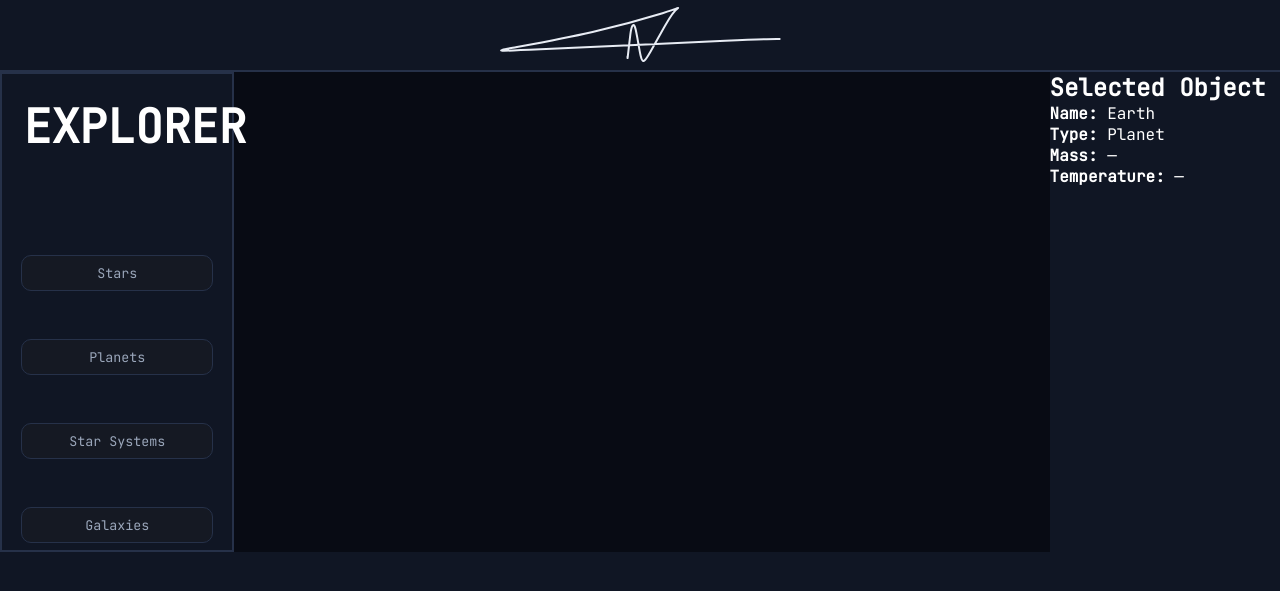
Repository: nico-madruga/Universe
Page: front-end/html/index.html
These files come from the project's save history. The page is drawn as it stood at one moment and after the next save; the edit follows.
The browser window is 1280 px wide. The pictures show the whole page.

Above is the page before, as saved 2026-09-28 17:51:18.

After the next save:
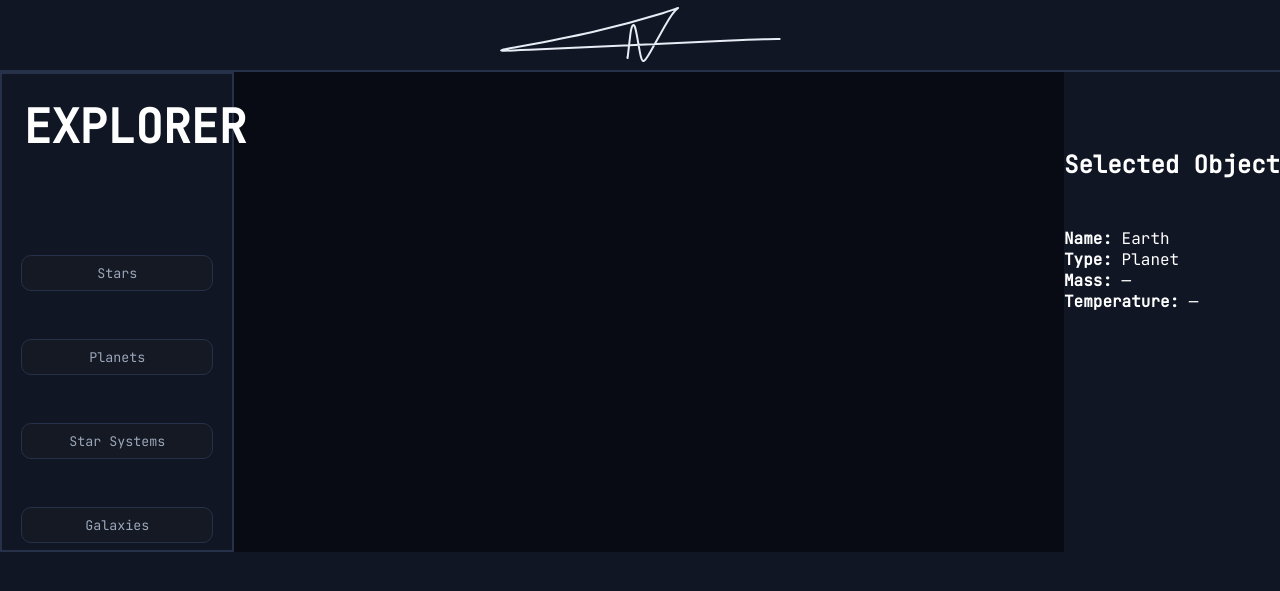
Saved 13 s later.
--- a/front-end/css/style.css
+++ b/front-end/css/style.css
@@ -108,6 +108,9 @@ body
 
 .layout .object-info
 {
-    width: 18vw;
+    display: flex;
+    flex-direction: column;
+    gap: 48px;
+    padding-top: 4.8rem;
     background-color: var(--panels-color);
 }
